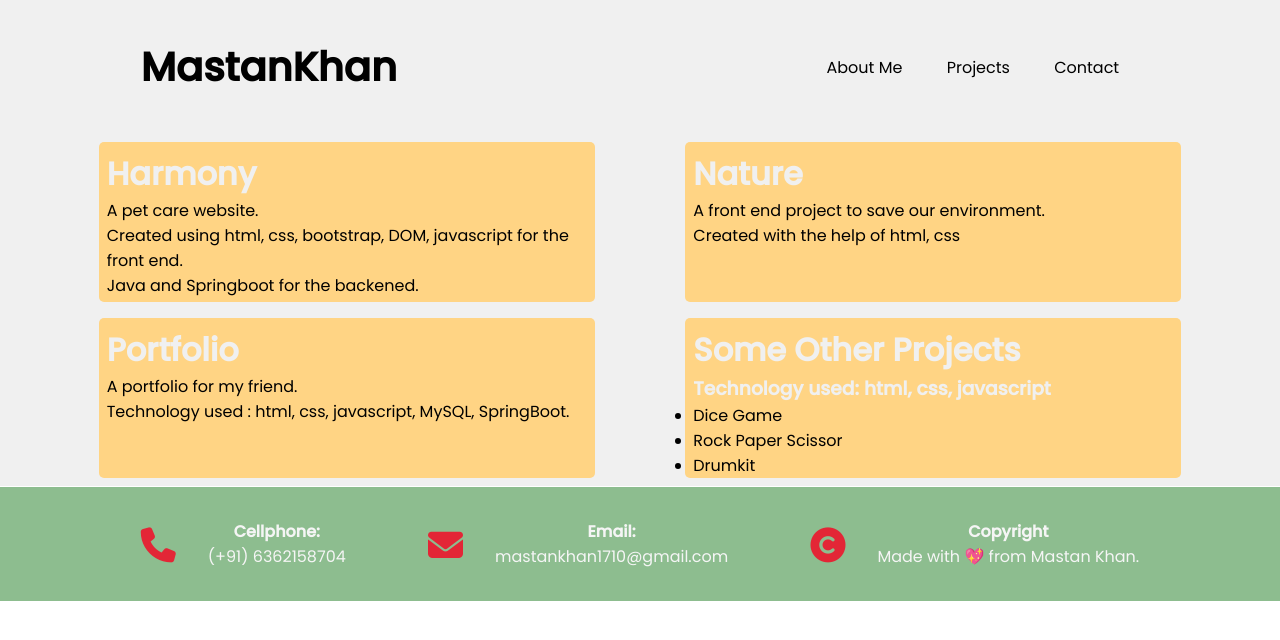
Repository: MastanKhan1/my_resume
Page: http://localhost/projects
These files come from the project's save history. The page is drawn as it stood at one moment and after the next save; the edit follows.
The browser window is 1280 px wide. The pictures show the whole page.
Some web fonts or font styles are not loaded; a fallback is used. The page is this project's Thymeleaf template; nobody is signed in. The template is opened directly, without the code that normally fills it, so the values that code supplies are empty.

Above is the page before, as saved 2023-10-06 07:20:06.

### portfolio/src/main/resources/templates/projects.html
<!DOCTYPE html>
<html lang="en">
<head>
    <meta charset="UTF-8">
    <meta name="viewport" content="width=device-width, initial-scale=1.0">
    <title>Projects</title>

    <link rel="stylesheet" href="styles.css">
    <link rel="preconnect" href="https://fonts.googleapis.com">
<link rel="preconnect" href="https://fonts.gstatic.com" crossorigin>
<!-- <link href="https://cdn.jsdelivr.net/npm/bootstrap@5.3.2/dist/css/bootstrap.min.css" rel="stylesheet" integrity="sha384-T3c6CoIi6uLrA9TneNEoa7RxnatzjcDSCmG1MXxSR1GAsXEV/Dwwykc2MPK8M2HN" crossorigin="anonymous"> -->
<link href="https://fonts.googleapis.com/css2?family=Merriweather&family=Montserrat+Alternates:wght@500&family=Montserrat+Subrayada:wght@400;700&family=Montserrat:ital,wght@0,400;0,700;1,700&family=Niconne&family=PT+Mono&family=Poppins:wght@400;500&family=Roboto&family=Sacramento&family=Tinos&display=swap" rel="stylesheet">
<link rel="stylesheet" href="https://cdnjs.cloudflare.com/ajax/libs/font-awesome/6.4.2/css/all.min.css" integrity="sha512-z3gLpd7yknf1YoNbCzqRKc4qyor8gaKU1qmn+CShxbuBusANI9QpRohGBreCFkKxLhei6S9CQXFEbbKuqLg0DA==" crossorigin="anonymous" referrerpolicy="no-referrer" />

</head>
<body>

    <section id="section1">
        <div id="toggle">
            <!-- <nav> -->
                <div>
                    <h1>MastanKhan</h1>

                </div>
                <div>
                    <ul>
                        <li><a href="">About Me</a></li>
                        <li><a href="">Projects</a></li>
                        <li><a href="">Contact</a></li>
                    </ul>
                </div>
            <!-- </nav> -->
        </div>

        <div class="projects">
            <div class="project-items" id="harmony">
                <h2>Harmony</h2>
                <p>A pet care website.</p>
                <p>Created using html, css, bootstrap, DOM, javascript for the front end.</p>
                <p>Java and Springboot for the backened.</p>

            </div>
            <div class="project-items" id="any_time_food">
                <h2>Nature</h2>
                <p>A front end project to save our environment.</p>
                <p>Created with the help of html, css</p>

            </div>

            <div class="project-items" id="portfolio">
                <h2>Portfolio</h2>
                <p>A portfolio for my friend.</p>
                <p>Technology used : html, css, javascript, MySQL, SpringBoot.</p>
            </div>

            <div class="project-items" id="portfolio">
                <h2>Some Other Projects</h2>
                <h3>Technology used: html, css, javascript</h3>
                <ul>
					<li>Dice Game</li>
		              <li>Rock Paper Scissor</li>
		              <li>Drumkit</li>
				</ul>

            </div>

        </div>


        <div id="footer">
            <div class="footer-items">
                <div class="footer-items">

                    <i class="fa-solid fa-phone"></i>

                </div>
                <div>
                    <h4>Cellphone:</h4>
                    <p>(+91) 6362158704</p>
                </div>
            </div>
            <div class="footer-items">
                <div >

                    <i class="fa-solid fa-envelope"></i>
                </div>
                <div>
                    <h4>Email:</h4>
                    <p>mastankhan1710@gmail.com</p>
                    <!-- <p>(+91) 9901531794</p> -->
                </div>
            </div>

            <div class="footer-items">
                <div>
                    <i class="fa-solid fa-copyright"></i>
                </div>
                <div>
                    <p>
                        <h4>Copyright</h4>
                        Made with 💖 from Mastan Khan.
                    </p>
                </div>
            </div>
        </div>
        </section>

</body>
</html>

### portfolio/src/main/resources/static/styles.css
@charset "UTF-8";

*{
    margin: 0;
    padding: 0;
    font-family: 'Poppins', sans-serif;
}


#section1{
    background-color: #f0f0f0;
    border-bottom: 3px solid white;
}

#toggle{
    padding: 2.9% 11%;
    display: flex;
    flex-wrap: wrap;
    justify-content: space-between;
    align-items: center;
}


div h1{
    font-size: 2.5rem;
}

#toggle div ul li{
    display: inline;
    margin: 10px 20px;
}

div ul li a{
    text-decoration: none;
    color: black;
}

div li a{
    text-decoration: none;
}

#intro{
    padding: 2% 7% 1% 7%;
    display: flex;
    flex-wrap: wrap;
    justify-content: space-around;

}

#intro div form{
    display: inline;
}

#image{
    width: 60%;
}



.auto-type{
    color: #E32636;
    font-weight: bold;
    font-size: 20px;
}

#intro div form input{
    height: 85px;
    width: 85px;
    border-radius: 100%;
    margin: 2% 2% 0 1%;
    font-size: 1rem;
    border: 1.25px solid black;
}

input:hover{
   opacity: 0.7;
   box-shadow: 3px 2px 2px black;
}

#red{
    background-color: #FFA500;
}

#blue{
    background-color: #8dbd8f;
}

#green{
    background-color: #E32636;
}

#footer{
    padding: 2.5% 11%;
    background-color: #8dbd8f;
    display: flex;
    flex-wrap: wrap;
    justify-content: space-between;

}


.footer-items{
    text-align: center;
    display: flex;
    flex-wrap: wrap;
    justify-content: space-between;
    color: whitesmoke;
}

i{
    font-size: 35px;
    color: #E32636;
    margin-right: 2rem;
    margin-top: 0.5rem;
}



/* ------------------------------------------------------------------------------------------------------- */

.about_me_div{
    padding: 10px 4%;
    display: flex;
    flex-wrap: wrap;
    justify-content: space-evenly;
}

#education_table, #education_table tr,#education_table tr td,#education_table thead th{
    border: 2px solid black;
    border-collapse: collapse;
    text-align: center;
    padding: 2px;
}

#about_me_img{
    width: 48.5%;
    height: 45%;
    margin-left: 20%;
    border-radius: 100%;
    background-color: #E32636;
}

#skills_div{
    padding: 10px 4%;
    display: flex;
    flex-wrap: wrap;
    justify-content: space-around;
}

#skills_div div h2, .about_me_div div h2{
    color: #E32636;
}




/* --------------------------------------------------------------------------------------------------- */

#contact_div{
    display: flex;
    flex-wrap: wrap;
    justify-content: space-between;
    padding: 10px 5%;
}

#contact_div div img{
    /* background-color: #87CEEB;
    border-radius: 100%; */
    width: 87.8%;
}

#contact_div div h1{
    color: #8dbd8f;
    font-size: 3rem;
}

.contact{
    border-radius: 5px;
    height: 25px;
    width: 277px;
    text-align: center;
    margin: 3px;
}

#text_area{
    border-radius: 5px;
    border:2px solid black;
    margin: 3px;
}

#message{
    color: white;
    background-color: #8dbd8f;
    height: 45px;
    width: 150px;
    border-radius: 6px;
    margin-left: 3rem;
    font-size: larger;
    font-weight: bold;
}

#extra_info{
    margin-top: 5rem;
}

#extra_info h2{
    margin-top: 1rem;
    font-size: 2rem;
    font-weight: lighter;
}

#extra_info div{
    margin-top: 4rem;
}

#extra_info div i{
    color: #8dbd8f;
}


/* ------------------------------------------------------------------------------------------------------- */

.projects{
    display: flex;
    flex-wrap: wrap;
    justify-content: space-evenly;
    padding: 0 1rem;
    border-bottom: 1px solid white;
}

.project-items{
    width: 30rem;
    height: 9rem;
    margin: 0.5rem;
    padding: 0.5rem;
    border-radius: 5px;
    /* background-image: linear-gradient(to bottom, #FFA500, #ffca68); */
    background-color: #ffd484;
}

.project-items h2{
    font-size: 2rem;
   color: #f0f0f0;
}

.project-items h3{
	color: #f0f0f0;
}

After the next save:
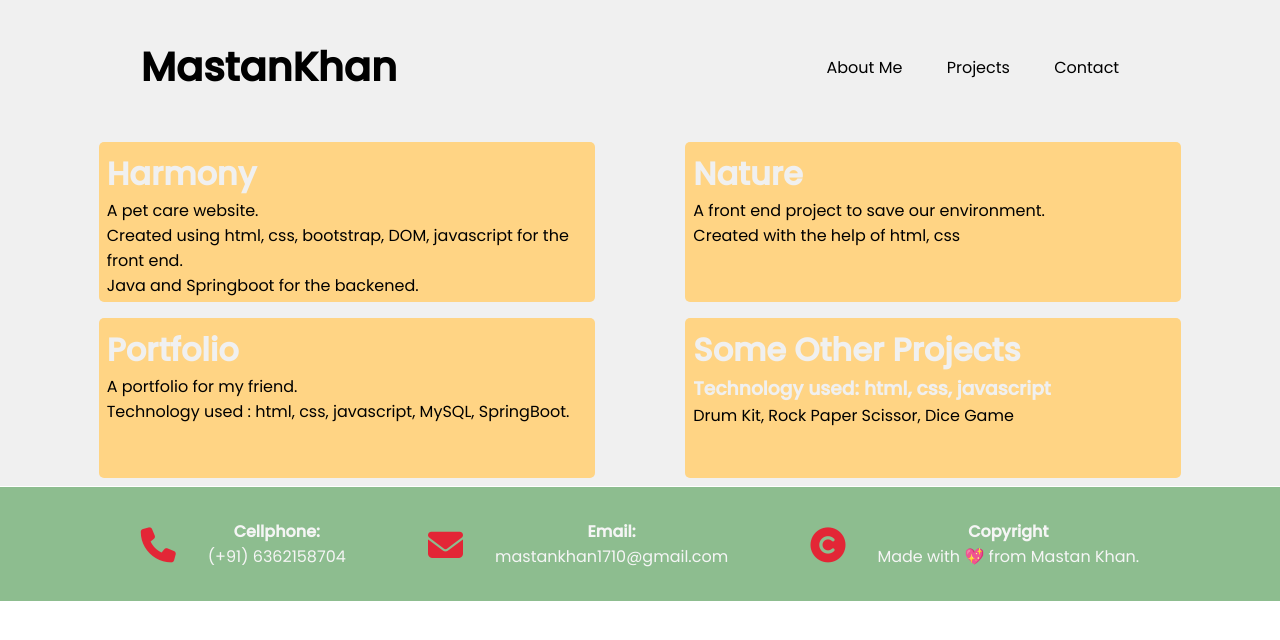
Saved 52 s later.
--- a/portfolio/src/main/resources/templates/projects.html
+++ b/portfolio/src/main/resources/templates/projects.html
@@ -56,11 +56,7 @@
             <div class="project-items" id="portfolio">
                 <h2>Some Other Projects</h2>
                 <h3>Technology used: html, css, javascript</h3>
-                <ul>
-					<li>Dice Game</li>
-		              <li>Rock Paper Scissor</li>
-		              <li>Drumkit</li>
-				</ul>
+                <p>Drum Kit, Rock Paper Scissor, Dice Game</p>
 
             </div>
 
